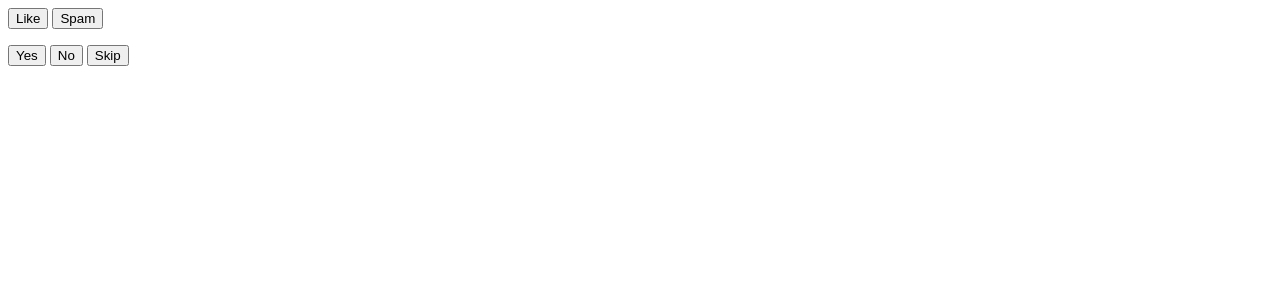
Repository: seantao97/publicProjects
Page: GuessTwoo/v8/Aptana Javascript/Trial/formatHTML.html
An editor plug-in stored every save of this project. The page is shown before and after the next save, followed by the edit.
The browser window is 1280 px wide. The pictures show the whole page.

Above is the page before, as saved 2016-07-24 04:49:59.

After the next save:
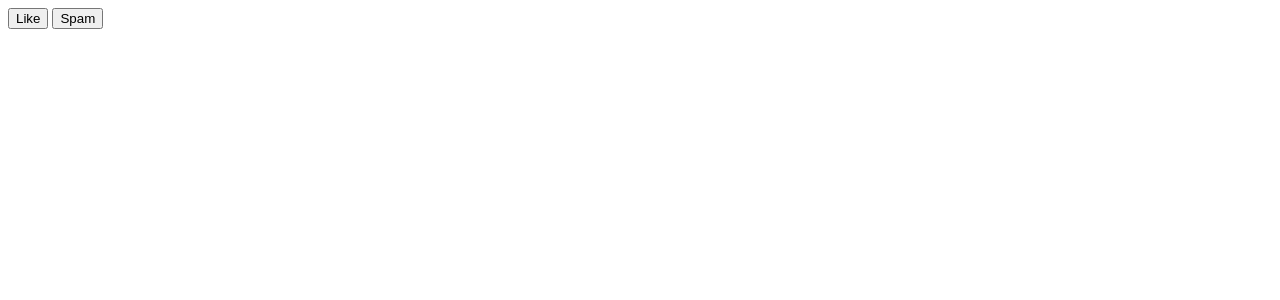
Saved 20 s later.
--- a/GuessTwoo/v8/Aptana Javascript/Trial/formatHTML.html
+++ b/GuessTwoo/v8/Aptana Javascript/Trial/formatHTML.html
@@ -12,7 +12,7 @@
         </div>
     </p>
     <p>
-        <div name=""
+        <div name=""></div>
     </p>
     <p>
         <div name="storyLikes"></div>
@@ -28,15 +28,4 @@
             Spam
         </button>
     </p>
-    <p>
-        <button id="yesButton" type="button">
-            Yes
-        </button>
-        <button id="noButton" type="button">
-            No
-        </button>
-        <button id="skipButton" type="button">
-            Skip
-        </button>
-    </p>
 </div>
